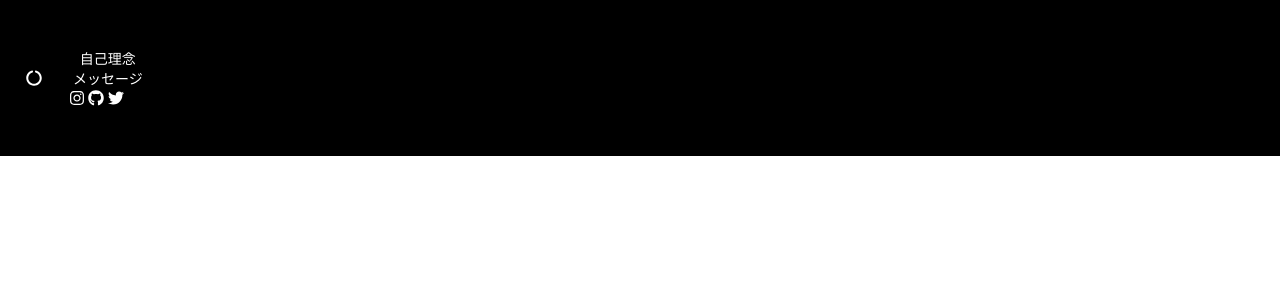
Repository: Rujuu-prog/react-mysite
Page: /
An editor plug-in stored every save of this project. The page is shown before and after the next save, followed by the edit.
The browser window is 1280 px wide. The pictures show the whole page.
The project was rebuilt for these pictures with package versions that can differ from the ones it lists, and the page was loaded fresh each time. A package was used in the major version that the imports need, not the one package.json lists.

Above is the page before, as saved 2021-05-12 22:21:27.

After the next save:
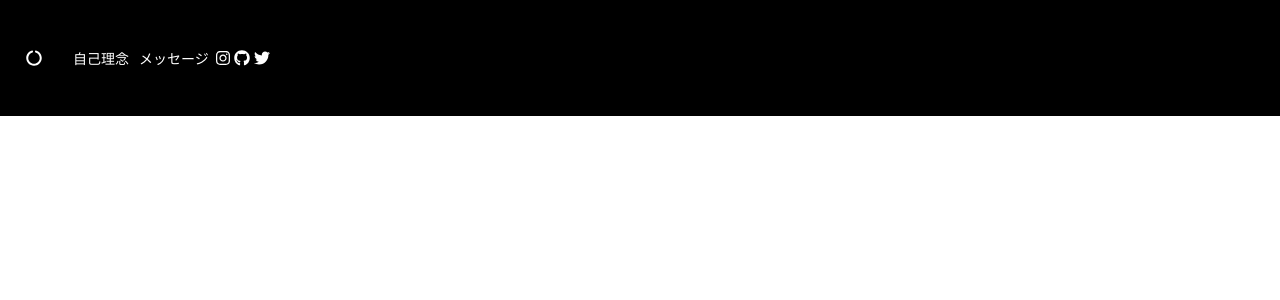
Saved 27 s later.
--- a/src/components/atoms/layout/NaviBar.tsx
+++ b/src/components/atoms/layout/NaviBar.tsx
@@ -24,9 +24,9 @@ export const NaviBar: React.FC<Props> = ({children}) => {
 
 
 const SNavi = styled.ul`
-    // display: flex;
-    // justify-content: space-between;
-    // align-items: center;
+    display: flex;
+    justify-content: space-between;
+    align-items: center;
     background-color: black;
     list-style: none;
     color: #fff;
